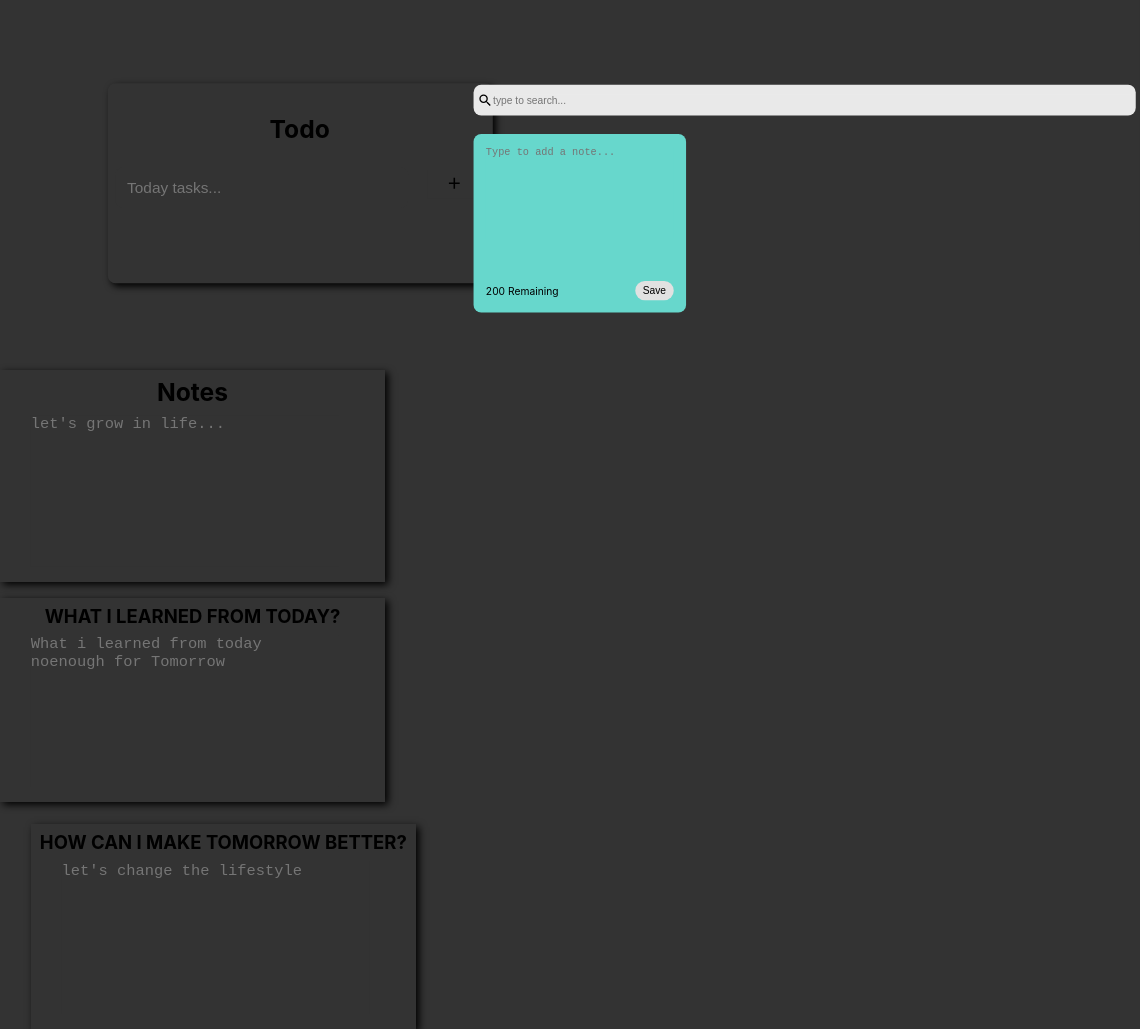
Repository: subhamRsahoo/note
Page: /
An editor plug-in stored every save of this project. The page is shown before and after the next save, followed by the edit.
The browser window is 768 px wide. The page is 1480 px wide, so the pictures cover 1480 px, including what lies to the right of the window. The pictures show the whole page, at 77% of full size.
The project was rebuilt for these pictures with package versions that can differ from the ones it lists, and the page was loaded fresh each time. Also part of the build but not shown: src/components/New folder/components/Note.js.

Above is the page before, as saved 2021-07-15 18:38:13.

### public/index.html
<!DOCTYPE html>
<html lang="en">
  <head>
    <meta charset="utf-8" />
    <link rel="icon" href="%PUBLIC_URL%/favicon.ico" />
    <meta name="viewport" content="width=device-width, initial-scale=1" />
    <meta name="theme-color" content="#000000" />
    <meta
      name="description"
      content="Web site created using create-react-app"
    />
    <link rel="apple-touch-icon" href="%PUBLIC_URL%/logo192.png" />
    <link rel="manifest" href="%PUBLIC_URL%/manifest.json" />


    <!-- <link rel="stylesheet" href="https://cdnjs.cloudflare.com/ajax/libs/font-awesome/5.15.3/css/font-awesome.min.css"/> -->

    <!-- <link rel="stylesheet" href="https://bootswatch.com/4/materia/bootstrap.com"/> -->

    <title>React App</title>
  </head>
  <body>
    <noscript>You need to enable JavaScript to run this app.</noscript>
    <div id="root"></div>
  </body>
</html>

### src/App.js
import React from 'react'
import Hub from './components/Hub';
import Hub1 from './components/aaaa/Hub1';
import A from './components/New folder/A';

function App() {
    return (
        <div>
            <Hub/>
            <Hub1/>
            <A/>
        </div>
    )
}

export default App

### src/components/Hub.js
import React , {useState , useEffect}from "react";
import Header from "./Header";
import Form from "./Form";
import TodoList from "./TodoList";
import './App.css';


const Hub = () => {
  const initalState = JSON.parse(localStorage.getItem("todos")) || [];
  const [input ,setInput] = useState("");
  const [todos ,setTodos] = useState(initalState);
  const [editTodo , setEditTodo] = useState(null);

  useEffect(() => {
    localStorage.setItem("todos" , JSON.stringify(todos))
  }, [todos]);
  return (
    <div className="container">
      <div className="app-wrapper">
        <div>
          <Header/>
        </div>
        <div>
          <Form
          input={input}
          setInput={setInput}
          todos={todos}
          setTodos={setTodos}
          editTodo={editTodo}
          setEditTodo={setEditTodo}
          />
        </div>
        <div>
          <TodoList todos={todos} setTodos={setTodos} setEditTodo={setEditTodo}/>
        </div>
      </div>
    </div>

  );
}

export default Hub;

### src/components/aaaa/Hub1.js
import React, { Component } from 'react';
import FormDataComponent from './components/form-data.component';
class  Hub1 extends Component {
  render() {
    return (
      <div >
        <FormDataComponent />
      </div>
    );
  }
}

export default Hub1;

### src/components/New folder/A.js
import React from 'react';
import './index.css';
import App from './App';


function A() {
    return (
        <div>
            <App />
        </div>
    )
}

export default A

### src/components/Header.js
import React from 'react'

function Header() {
    return (
        <div className="header">
            <h1>Todo</h1>
        </div>
    )
}

export default Header

### src/components/Form.js
import React , {useEffect} from 'react'
import {v4 as uuidv4} from "uuid";
import AddIcon from '@material-ui/icons/Add';

 const Form =({input , setInput , todos , setTodos , editTodo , setEditTodo }) => {
     const updateTodo = (title , id, completed) =>
     {
         const newTodo = todos.map((todo)=>

             todo.id === id ? {title,id, completed} : todo
         )
         setTodos(newTodo);
         setEditTodo("");
     }
     useEffect(() =>
     {
         if(editTodo)
         {
             setInput(editTodo.title);
         }else{
             setInput("")
         }
     }, [setInput , editTodo]);

     const onInputChange= (event) =>
     {
       setInput(event.target.value);
     };

     const onFormSubmit = (event) =>
     {
        event.preventDefault();
        if(!editTodo){
            setTodos([...todos , {id:uuidv4(), title: input , completed: false}]);
            setInput("");
        }else{
            updateTodo(input , editTodo.id , editTodo.completed)
        }
     }
    return (
       <form onSubmit={onFormSubmit}>
           <input type="text" placeholder="Today tasks... " className="task-input"
           value={input} required onChange={onInputChange} limit={3}/>
           <button type="submit" className="Add">
            <AddIcon/>
           </button>
       </form>
    )
}

export default Form

### src/components/TodoList.js
import React from 'react'
import DoneIcon from '@material-ui/icons/Done';
import EditIcon from '@material-ui/icons/Edit';
import DeleteIcon from '@material-ui/icons/Delete';

const TodoList = ({todos , setTodos , setEditTodo}) => {

    const handleDelete = ({id}) =>
    {
        setTodos(todos.filter((todo) => todo.id !== id));
    }

    const handleComplete = (todo) =>
    {
        setTodos(
            todos.map((item) => {
                if(item.id === todo.id){
                    return {...item , completed: !item.completed};
                }
                return item
            })
        )
    }

    const handleEdit =({id}) =>{
        const findTodo = todos.find((todo) => todo.id === id);
        setEditTodo(findTodo);
    };
    return (
        <div>
           {todos.map((todo) => (
               <li className="list-item"  key={todo.id}>
                   <input type="text"
                     value={todo.title}
                     className={`list ${todo.completed ? "complete" : "" }`}
                     onChange={(event)=> event.preventDefault()}
                   />
                   <div>
                       <button className="button-complete task-button" onClick={() => handleComplete(todo)}>
                          <i><DoneIcon/></i>
                       </button>
                       <button className="button-edit task-button" onClick={()=> handleEdit(todo)}>
                          <i><EditIcon/></i>
                       </button>
                       <button className="button-delete task-button"  onClick={()=> handleDelete(todo)}>
                          <i><DeleteIcon/></i>
                       </button>
                   </div>
               </li>
           ))}
        </div>
    );
}

export default TodoList;

### src/components/App.css
::-webkit-scrollbar {
  width: 9px;
}
::-webkit-scrollbar-thumb {
  background-color: #a8a8a8;
}
::-webkit-scrollbar-thumb:hover {
  background: #828282;
}
::-webkit-scrollbar-track {
  background: #cccccc;
}

body {
  font-family: -apple-system, BlinkMacSystemFont, 'Segoe UI', 'Roboto', 'Oxygen',
    'Ubuntu', 'Cantarell', 'Fira Sans', 'Droid Sans', 'Helvetica Neue',
    sans-serif;
  -webkit-font-smoothing: antialiased;
  -moz-osx-font-smoothing: grayscale;
  background: #333;
}

code {
  font-family: source-code-pro, Menlo, Monaco, Consolas, 'Courier New',
    monospace;
}


*
{
  margin: 0;
  padding: 0;
}

.container
{
  margin-top: 10px;
  width: 100%;
  min-height: 55vh;
  display: grid;
  justify-content: left;
  /* margin-left: 40px; */
  right: 500px;
  align-items: center;
  position: relative;
  box-sizing: border-box;
  left: 40px;
}

.app-wrapper
{
  background-color: #333;
  width: 500px;
  min-height: 350px;
  padding: 10px;
  box-sizing: border-box;
  border-radius: 10px;
  box-shadow: 4px 4px 10px #000;
  /* margin-bottom: 150px; */

}

.header h1
{
  color: black;
  text-align: left;
  margin: 30px 0;
  margin-left: 200px;
}

.task-input
{
  outline: none;
  width: 350px;
  padding: 15px;
  margin-right: 25px;
  font-size: 20px;
  color: white;
  background-color: #333;
  border: none;
  border-radius: 10px;
}

.task-input:hover
{
  box-shadow: 6px 4px 10px #000;
}

.Add
{
  width: 70px;
  padding: 5px 5px;
  border: 0;
  cursor: pointer;
  border-style: transparent;
  background-color: #333;
}

.Add:hover
{
  border-radius: 10px;
  box-shadow: 6px 4px 10px #000;
}

.list-item
{
  display: flex;
  margin: 20px 0;
  border: none;
  border-radius: 10px;
  padding: 7px;
  max-height: 20px;
}

.list-item:hover
{
  box-shadow: 6px 4px 10px #000;
}

.button-complete,
.button-delete,
.button-edit
{
  border: none;
  outline: none;
  cursor: pointer;
  background-color: transparent;
  font-size: 20px;
  border-radius: 50%;
}

.button-complete
{
  color: #ff6c6c;
  margin-right: 10px;
  margin-left: 70px;
}

.button-edit
{
  color: #e2d029;
  margin-right: 10px;
}

.button-delete
{
  color: lightseagreen;
}

.complete
{
  text-decoration-style: solid;
  text-decoration-line: line-through;
  text-decoration-color: #ff6c6c;
  opacity: 0.6;
}

.list
{
  width: 250px;
  background-color: #333;
  border: none;
  color: wheat;
  font-size: 20px;
  padding-left: 10px;
  margin-right: 15px;
}

input:focus,
button:focus
{
  outline: none;
}

@media screen and (max-width:768px)
{
  .container
  {
    /* align-items: center; */
    left : 140px;
  }
  .app-wrapper
  {

    min-width: 400px;
    min-height: 260px;
    /* margin-top: 15px; */
  }
}

@media screen and (max-width:540px)
{
  .container
  {
    /* align-items: center; */
    left: 140px;
  }
}

@media screen and (max-width: 1020px)
{
  .app-wrapper
  {
    /* align-items: center; */
    min-width: 200px;
    min-height: 260px;
    margin-top: 15px;
    left: 140px;
  }
}

### src/components/aaaa/components/form-data.component.js
import React, { Component } from 'react';
import './design.css';
export default class FormDataComponent extends Component {
    userData;

    constructor(props) {
        super(props);

        this.onChangeName = this.onChangeName.bind(this);
        this.onChangeName1 = this.onChangeName1.bind(this);
        this.onChangeName2 = this.onChangeName2.bind(this);
        this.onSubmit = this.onSubmit.bind(this);

        this.state = {
            name: '',
            name1: '',
            name2: ''
        }
    }

    // Form Values
    onChangeName(e) {
        this.setState({ name: e.target.value })
    }

    onChangeName1(e) {
        this.setState({ name1: e.target.value })
    }

    onChangeName2(e) {
        this.setState({ name2: e.target.value })
    }


    // React Life Cycle
    componentDidMount() {
        this.userData = JSON.parse(localStorage.getItem('user'));

        if (localStorage.getItem('user')) {
            this.setState({
                name: this.userData.name,
                name1: this.userData.name1,
                name2: this.userData.name2
            })
        } else {
            this.setState({
                name: '',
                name1: '',
                name2: ''
            })
        }
    }

    componentWillUpdate(nextProps, nextState) {
        localStorage.setItem('user', JSON.stringify(nextState));
    }

    onSubmit(e) {
        e.preventDefault()
        console.log(this.state.props)
    }


    render() {
        return (

                <form className="form" onSubmit={this.onSubmit}>
                    <div className="contain">
                        <h1>Notes</h1>
                        <textarea type="text" placeholder="let's grow in life..." className="text1" value={this.state.name} onChange={this.onChangeName} />
                        {/* <button type="submit" className="btn1">Save</button> */}
                    </div>


                    <div className="contain1">
                        <h2>WHAT I LEARNED FROM TODAY?</h2>
                        <textarea type="text" placeholder="What i learned from today noenough for Tomorrow" className="text2" value={this.state.name1} onChange={this.onChangeName1} />
                        {/* <button type="submit" className="btn2">Save</button> */}
                    </div>

                    <div className="contain2">
                        <h2>HOW CAN I MAKE TOMORROW BETTER?</h2>
                        <textarea type="text" placeholder="let's change the lifestyle" className="text3" value={this.state.name2} onChange={this.onChangeName2} />
                        {/* <button type="submit" className="btn3">Save</button> */}
                    </div>
                </form>

        )
    }
}

### src/components/New folder/index.css
body {
	margin: 0;
	font-family: -apple-system, BlinkMacSystemFont, 'Segoe UI',
		'Roboto', 'Oxygen', 'Ubuntu', 'Cantarell', 'Fira Sans',
		'Droid Sans', 'Helvetica Neue', sans-serif;
	-webkit-font-smoothing: antialiased;
	-moz-osx-font-smoothing: grayscale;
}

code {
	font-family: source-code-pro, Menlo, Monaco, Consolas,
		'Courier New', monospace;
}

.header {
	display: flex;
	align-items: center;
	justify-content: space-between;
}


.container1 {
	display: grid;
	width: 850px;
	position: absolute;
	left: 600px;
	bottom: 340px;
	padding-right: 15px;
	padding-left: 15px;
	height: 350px;
}

.notes-list {
	display: grid;
	grid-gap: 1rem;
	grid-template-columns: repeat(
		auto-fill,
		minmax(250px, 1fr)
	);
}

.note.new {
	background-color: #67d7cc;
	height: 200px;
	margin-bottom: 200px;
}

.note.new:hover
{
	box-shadow: 4px 4px 10px #000;
}

textarea {
	border: none;
	resize: none;
	background-color: #67d7cc;
}

textarea:focus {
	outline: none;
}

.save {
	background-color: #e1e1e1;
	border: none;
	border-radius: 15px;
	padding: 5px 10px 5px 10px;
}

.save:hover {
	background-color: #ededed;
	cursor: pointer;
}

.note {
	background-color: #fef68a;
	border-radius: 10px;
	padding: 1rem;
	height: 200px;
	display: flex;
	flex-direction: column;
	justify-content: space-between;
	white-space: pre-wrap;
}

.note:hover
{
	box-shadow: 4px 4px 10px aqua;
}

.note-footer {
	display: flex;
	align-items: center;
	justify-content: space-between;
}

.delete-icon {
	cursor: pointer;
}

.search {
	display: flex;
	align-items: center;
	background-color: rgb(233, 233, 233);
	width: 850px;
	height: 30px;
	border-radius: 10px;
	padding: 5px;
	margin-bottom: 1.5em;
}

.search:hover
{
	box-shadow: 4px 4px 10px #000;
}

.search input {
	border: none;
	background-color: rgb(233, 233, 233);
	width: 100%;
}

.search input:focus {
	outline: none;
}

### src/components/New folder/App.js
import { useState, useEffect } from 'react';
import { nanoid } from 'nanoid';
import NotesList from './components/NotesList';
import Search from './components/Search';

const App = () => {
	const [notes, setNotes] = useState([
		// {
		// 	id: nanoid(),
		// 	text: 'This is my first note!',
		// 	date: '15/04/2021',
		// },
		// {
		// 	id: nanoid(),
		// 	text: 'This is my second note!',
		// 	date: '21/04/2021',
		// },
		// {
		// 	id: nanoid(),
		// 	text: 'This is my third note!',
		// 	date: '28/04/2021',
		// },
		// {
		// 	id: nanoid(),
		// 	text: 'This is my new note!',
		// 	date: '30/04/2021',
		// },
	]);

	const [searchText, setSearchText] = useState('');

	useEffect(() => {
		const savedNotes = JSON.parse(
			localStorage.getItem('react-notes-app-data')
		);

		if (savedNotes) {
			setNotes(savedNotes);
		}
	}, []);

	useEffect(() => {
		localStorage.setItem(
			'react-notes-app-data',
			JSON.stringify(notes)
		);
	}, [notes]);

	const addNote = (text) => {
		const date = new Date();
		const newNote = {
			id: nanoid(),
			text: text,
			date: date.toLocaleDateString(),
		};
		const newNotes = [...notes, newNote];
		setNotes(newNotes);
	};

	const deleteNote = (id) => {
		const newNotes = notes.filter((note) => note.id !== id);
		setNotes(newNotes);
	};

	return (
		<div >
			<div className='container1'>
				<Search handleSearchNote={setSearchText} />
				<NotesList
					notes={notes.filter((note) =>
						note.text.toLowerCase().includes(searchText)
					)}
					handleAddNote={addNote}
					handleDeleteNote={deleteNote}
				/>
			</div>
		</div>
	);
};

export default App;

### src/components/aaaa/components/design.css
.form
{
    width: 100%;
    height: 250px;
    display: grid;
    margin: 0;
    padding: 0;
}


.contain
{
    display: grid;
    width: 500px;
    left: 40px;
    top: 30px;
    bottom: 10px;
    box-shadow: 4px 4px 10px #000;
    position: relative;
    box-sizing: border-box;

}

.text1
{
    margin-top: 10px;
   width: 400px;
   height: 197px;
   margin-left: 40px;
   background-color: #333;
   border-style: none;
   color: white;
   border-style: none;
   font-size: 20px;
   margin-bottom: 20px;
}

.text1:hover
{
    box-shadow: 4px 4px 10px #000;
}

.contain h1
{
    margin-top: 10px;
   text-align: center;
}

/* .btn1
{
    background-color: #333;
    margin-left: 70px;
    text-decoration-color: white;
    border-style: none;
    color: white;
    cursor: pointer;
    margin-bottom: 10px;
    padding: 8px 8px;
    border-radius: 10px;
}

.btn1:hover
{
    box-shadow: 4px 4px 10px #000;
    padding: 8px 8px;
} */


.contain1
{
    width: 500px;
    top: 50px;
    left: 40px;
    box-shadow: 4px 4px 10px #000;
    position: relative;
    box-sizing: content-box;
    display: grid;
}

.text2
{
    margin-top: 10px;
    width: 400px;
    height: 197px;
    margin-left: 40px;
    background-color: #333;
    border-style: none;
    color: white;
    border-style: none;
    font-size: 20px;
    margin-bottom: 20px;
}

.text2:hover
{
    box-shadow: 4px 4px 10px #000;
}


.contain1 h2
{
    margin-top: 10px;
   text-align: center;
}

/* .btn2
{
    background-color: #333;
    margin-left: 70px;
    text-decoration-color: white;
    border-style: none;
    color: white;
    cursor: pointer;
    margin-bottom: 10px;
    padding: 8px 8px;
    border-radius: 10px;
}

.btn2:hover
{
    box-shadow: 4px 4px 10px #000;
    padding: 8px 8px;
} */

.contain2
{
   width: 500px;
    margin-top: 620px;
    margin-left: 40px;
    /* bottom: 630px; */
    box-shadow: 4px 4px 10px #000;
    position: absolute;
    box-sizing:border-box;
    display: grid;
}

.text3
{
    margin-top: 10px;
    width: 400px;
    height: 197px;
    margin-left: 40px;
    background-color: #333;
    border-style: none;
    color: white;
    border-style: none;
    font-size: 20px;
    margin-bottom: 20px;
}

.text3:hover
{
    box-shadow: 4px 4px 10px #000;
}


.contain2 h2
{
    margin-top: 10px;
   text-align: center;
}

/* .btn3
{
    background-color: #333;
    margin-left: 70px;
    text-decoration-color: white;
    border-style: none;
    color: white;
    cursor: pointer;
    margin-bottom: 10px;
    padding: 8px 8px;
    border-radius: 10px;
}

.btn3:hover
{
    box-shadow: 4px 4px 10px #000;
    padding: 8px 8px;
} */

@media screen and (max-width:768px)
{
    .contain
    {
        left: 80px;
        align-items: center;
    }
    .contain1
    {
        left: 80px;
        align-items: center;
    }
    .contain2
    {
        left: 80px;
        align-items: center;
    }
}

@media screen and (max-width: 540px)
{
    .contain
    {
        left: 0;
        align-items: center;
    }
    .contain1
    {
        left: 0px;
        align-items: center;
    }
    .contain2
    {
        left: 0px;
        align-items: center;
    }
}

@media screen and (max-width: 1020px)
{
    .contain
    {
        left: 0;
        align-items: center;
    }
    .contain1
    {
        left: 0px;
        align-items: center;
    }
    .contain2
    {
        left: 0px;
        align-items: center;
    }
}

### src/components/New folder/components/AddNote.js
import { useState } from 'react';

const AddNote = ({ handleAddNote }) => {
	const [noteText, setNoteText] = useState('');
	const characterLimit = 200;

	const handleChange = (event) => {
		if (characterLimit - event.target.value.length >= 0) {
			setNoteText(event.target.value);
		}
	};

	const handleSaveClick = () => {
		if (noteText.trim().length > 0) {
			handleAddNote(noteText);
			setNoteText('');
		}
	};

	return (
		<div className='note new'>
			<textarea
				rows='8'
				cols='10'
				placeholder='Type to add a note...'
				value={noteText}
				onChange={handleChange}
			></textarea>
			<div className='note-footer'>
				<small>
					{characterLimit - noteText.length} Remaining
				</small>
				<button className='save' onClick={handleSaveClick}>
					Save
				</button>
			</div>
		</div>
	);
};

export default AddNote;

Loaded but not shown: src/index.js (common file); src/components/New folder/components/NotesList.js (common file); src/components/New folder/components/Search.js (common file)

After the next save:
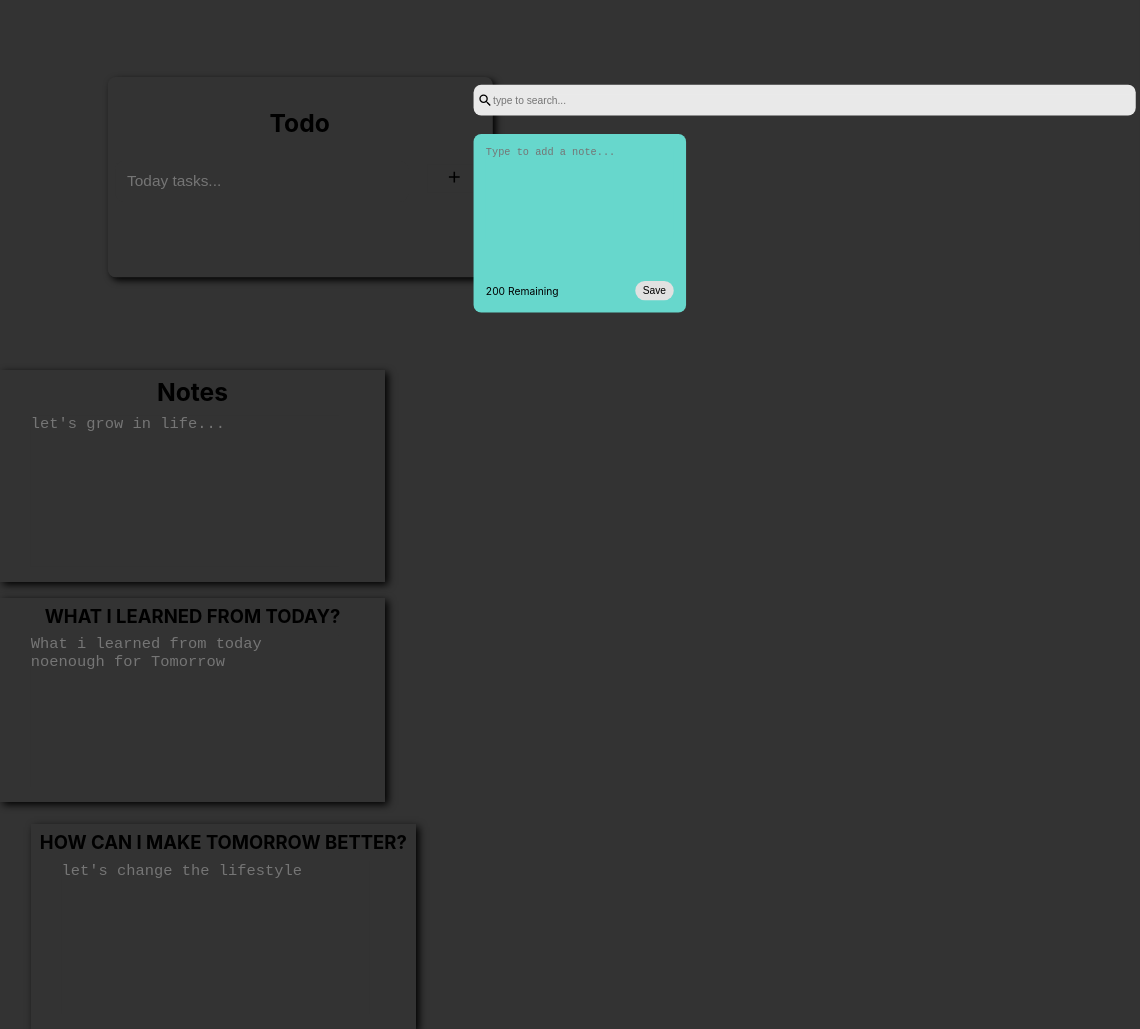
Saved 20 s later.
--- a/src/components/App.css
+++ b/src/components/App.css
@@ -202,9 +202,9 @@ button:focus
   .app-wrapper
   {
     /* align-items: center; */
-    min-width: 200px;
+    /* min-width: 200px;
     min-height: 260px;
-    margin-top: 15px;
+    margin-top: 15px; */
     left: 140px;
   }
 }
